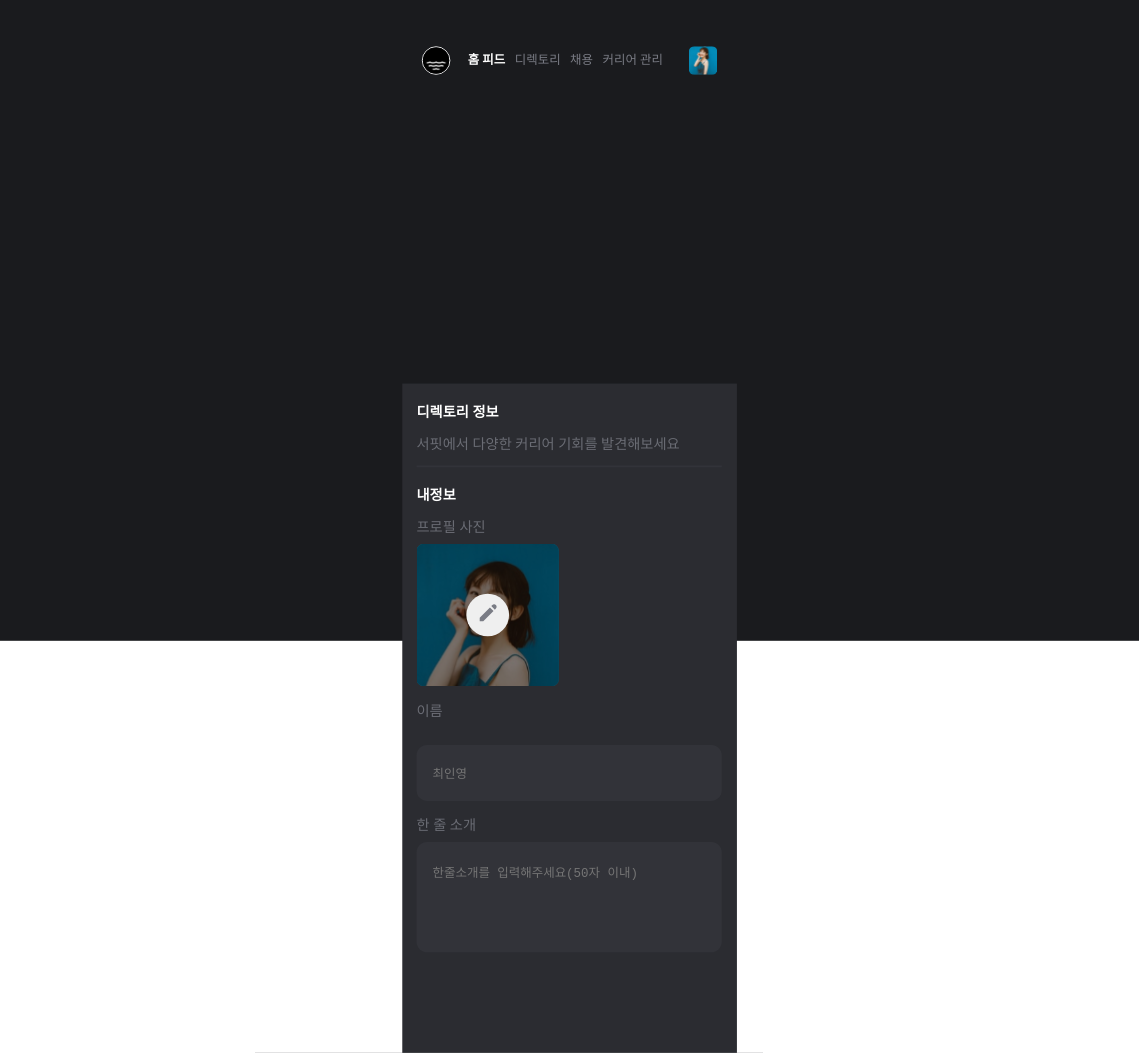
Repository: CDS-seminar-6/frontend
Page: /profile
These files come from the project's save history. The page is drawn as it stood at one moment and after the next save; the edit follows.
The browser window is 1280 px wide. The pictures show the whole page, at 89% of full size.
The project was rebuilt for these pictures with package versions that can differ from the ones it lists, and the page was loaded fresh each time. Also part of the build but not shown: src/components/common/MenuList.jsx, src/pages/Profile.jsx.

Above is the page before, as saved 2022-05-25 19:36:03.

After the next save:
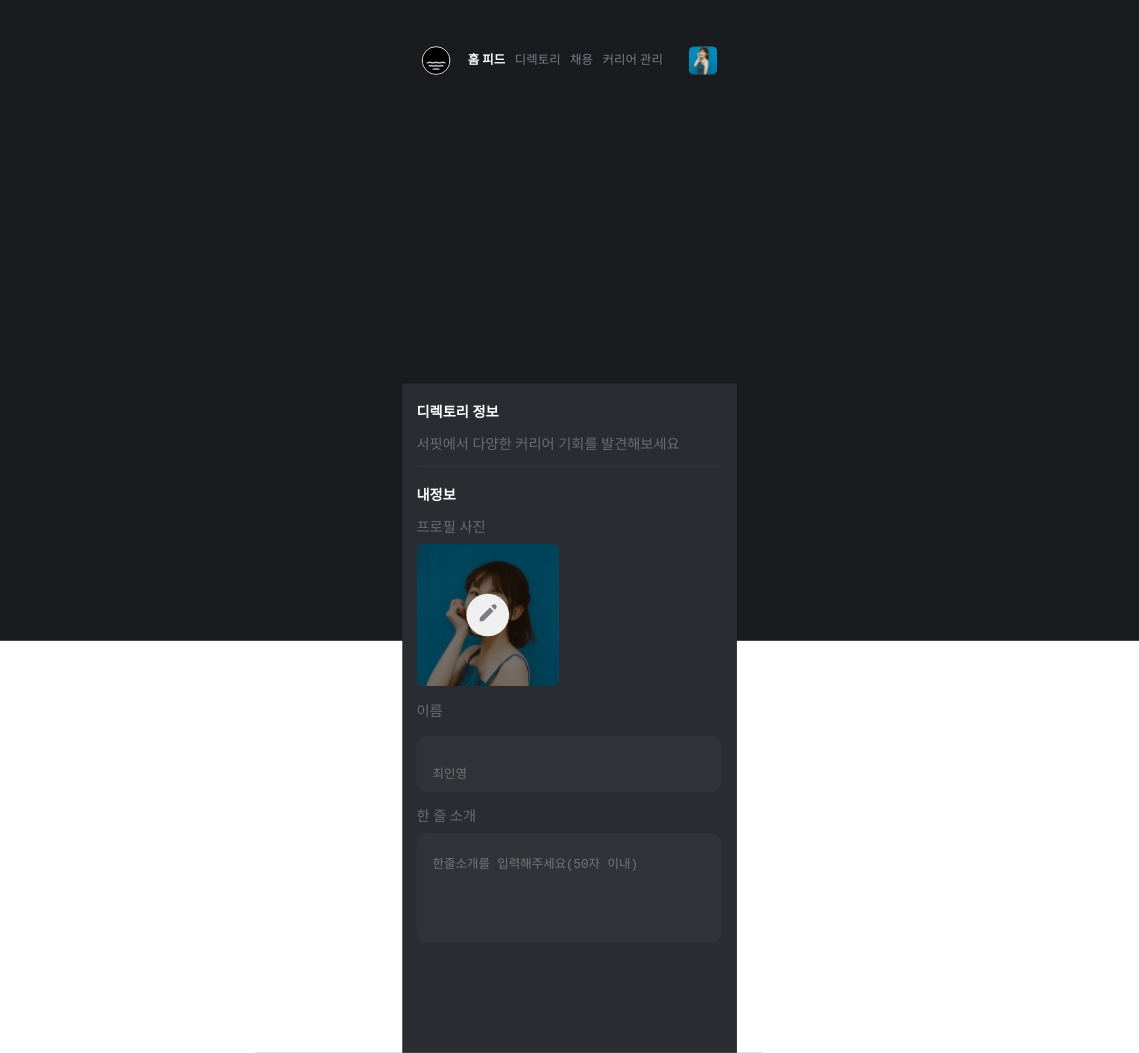
Saved 75 s later.
--- a/src/components/surfitProfile/DirectoryInfo.jsx
+++ b/src/components/surfitProfile/DirectoryInfo.jsx
@@ -61,6 +61,7 @@
   border: none;
   border-radius: 1.2rem;
   margin: 0 auto;
+  padding-top: 2.2rem;
   padding-left: 1.8rem;
   width: 34.3rem;
   height: 6.3rem;

After the save that followed:
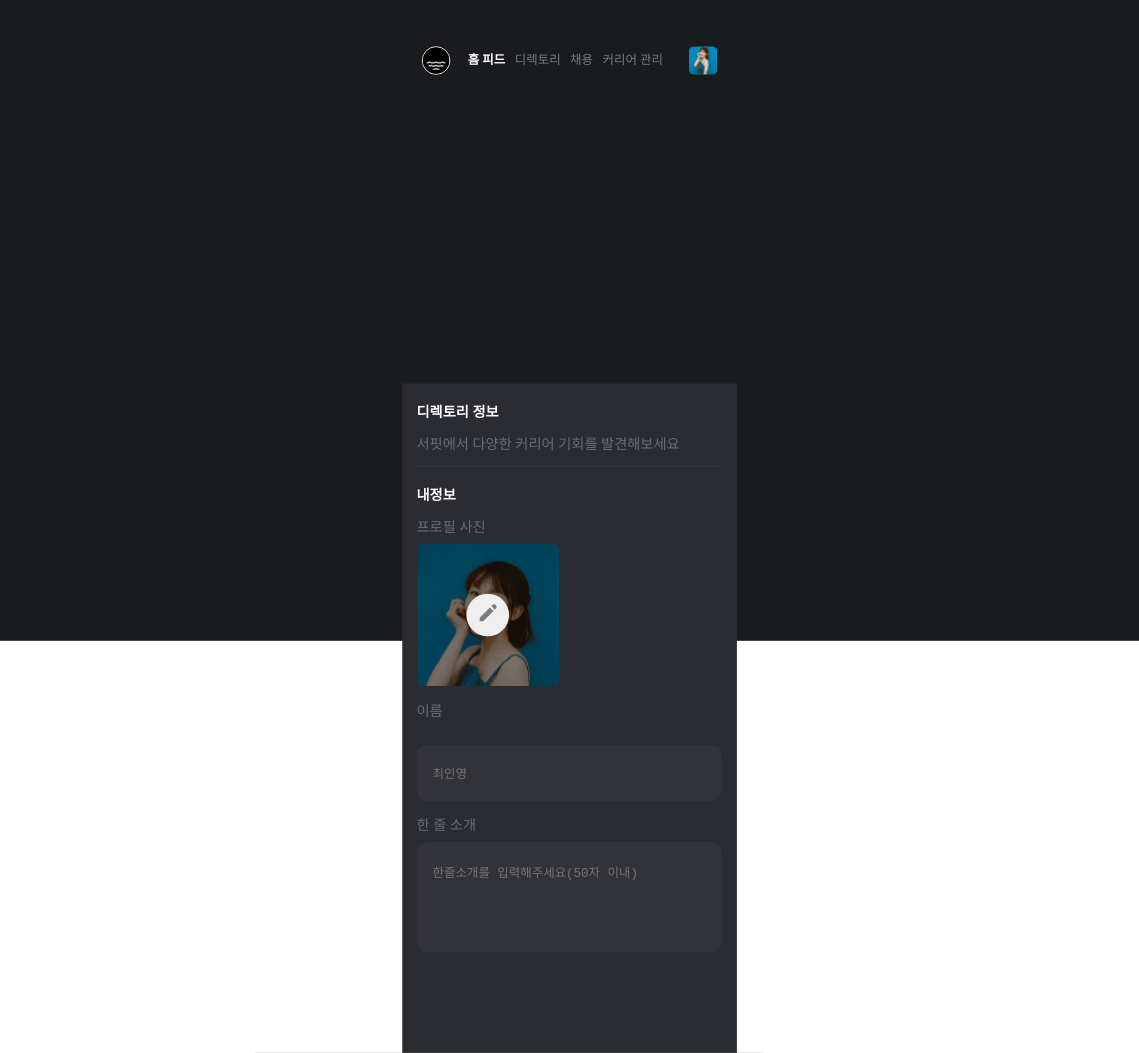
Saved 7 s later.
--- a/src/components/surfitProfile/DirectoryInfo.jsx
+++ b/src/components/surfitProfile/DirectoryInfo.jsx
@@ -61,7 +61,6 @@
   border: none;
   border-radius: 1.2rem;
   margin: 0 auto;
-  padding-top: 2.2rem;
   padding-left: 1.8rem;
   width: 34.3rem;
   height: 6.3rem;
